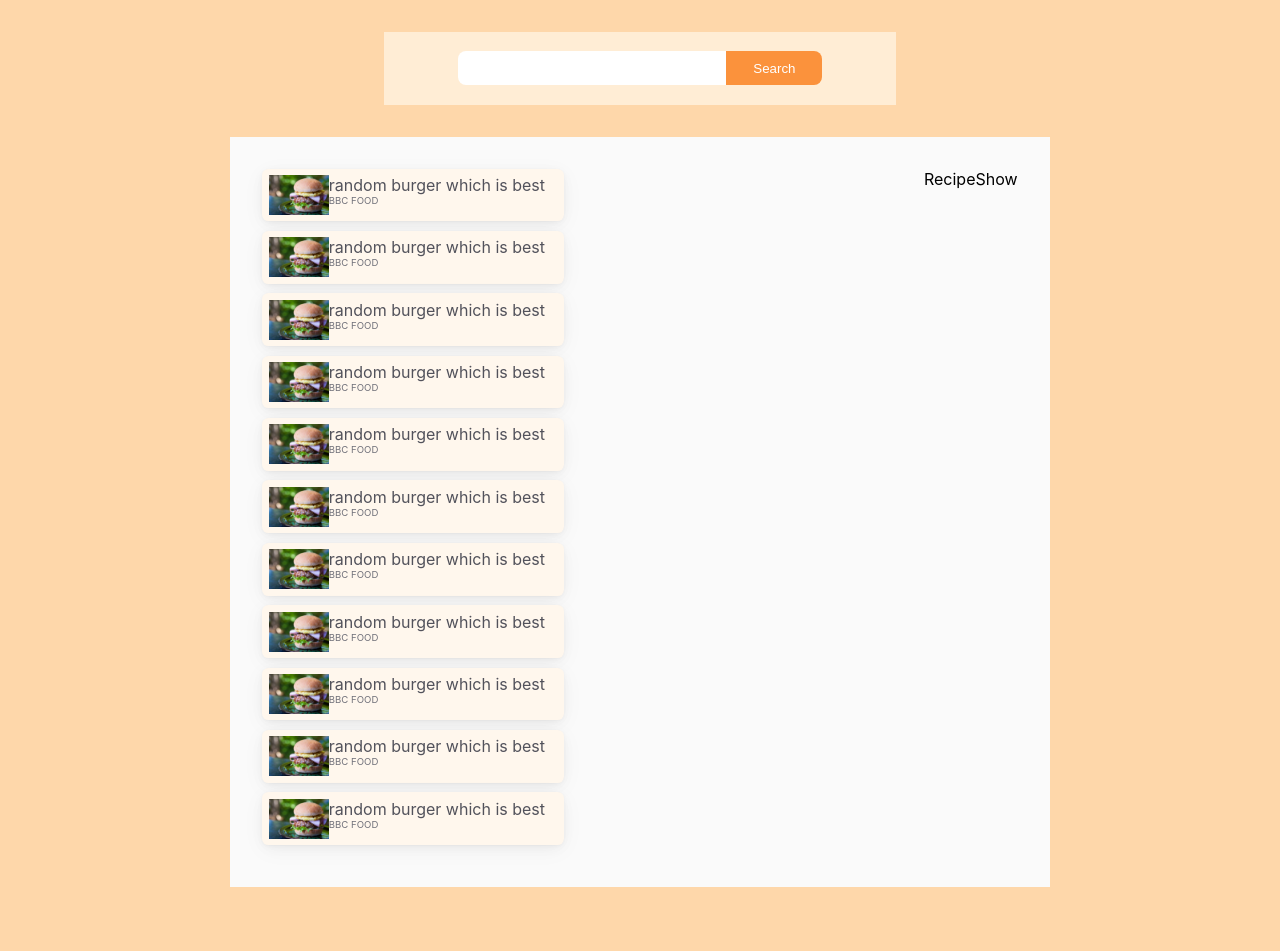
Repository: sandipkarmokar/recipeApp
Page: /
The author's editor kept a copy of each file at every save. The page is drawn from the files as they stood at one save, then again after the next save.
The browser window is 1280 px wide. The pictures show the whole page.
The project was rebuilt for these pictures with package versions that can differ from the ones it lists, and the page was loaded fresh each time.

Above is the page before, as saved 2022-04-16 12:18:33.

After the next save:
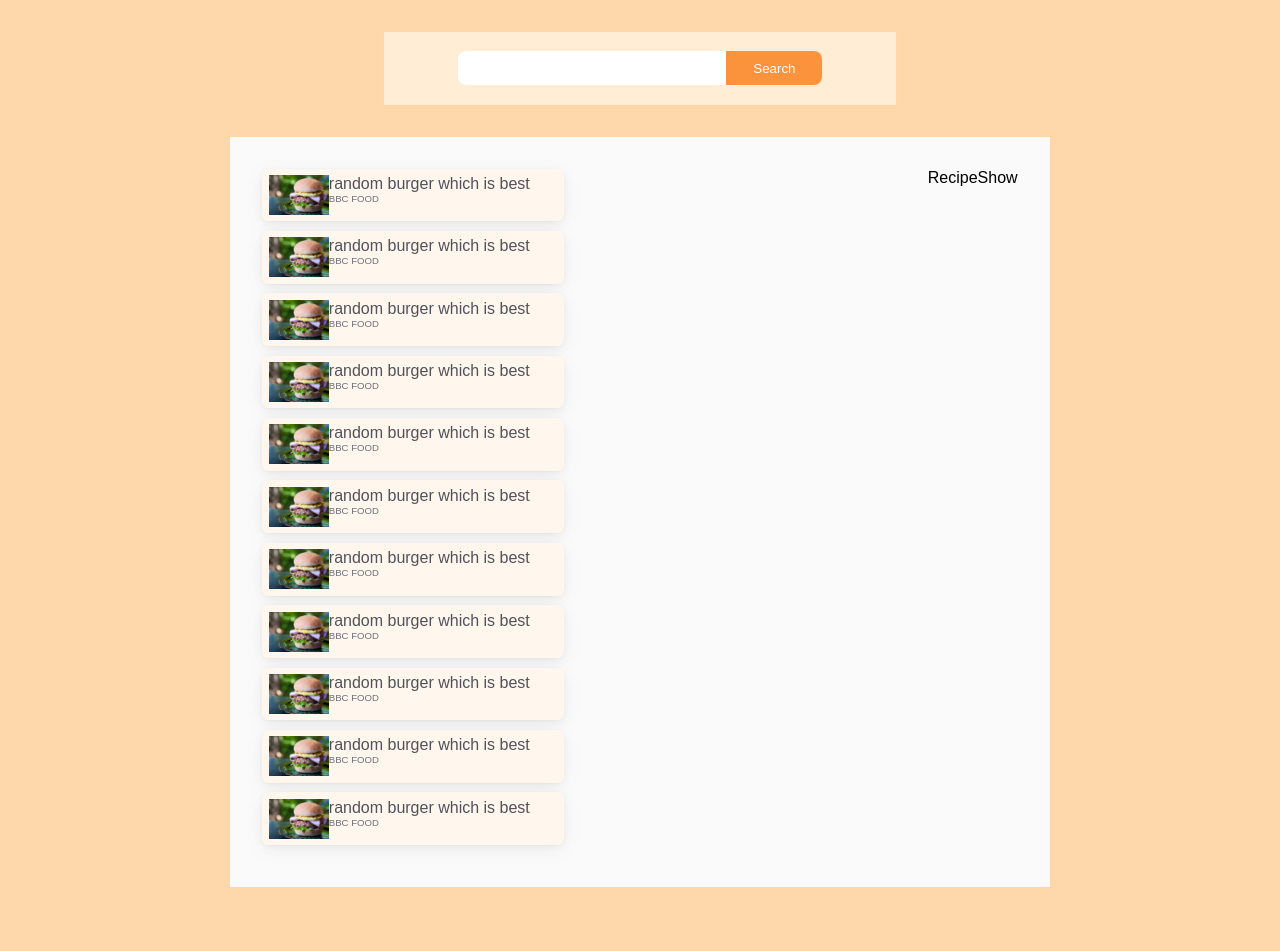
Saved 19 s later.
--- a/src/App.css
+++ b/src/App.css
@@ -2,6 +2,7 @@
     margin: 0;
     padding: 0;
     box-sizing: border-box;
+    font-family: Arial, Helvetica, sans-serif;
 }
 
 .app {
